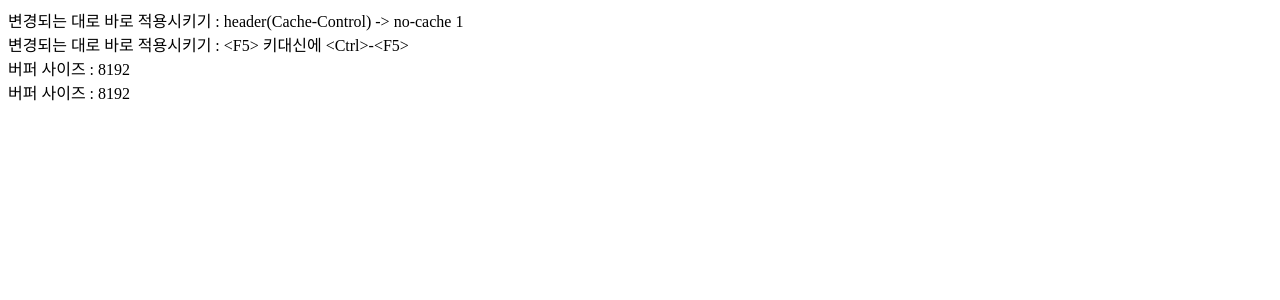
Repository: xo461/test
Page: http://localhost/ch03jsp/response.jsp
An editor plug-in stored every save of this project. The page is shown before and after the next save, followed by the edit.
The browser window is 1280 px wide. The pictures show the whole page.
The page is served by Tomcat 9.

Above is the page before, as saved 2019-11-14 01:44:24.

After the next save:
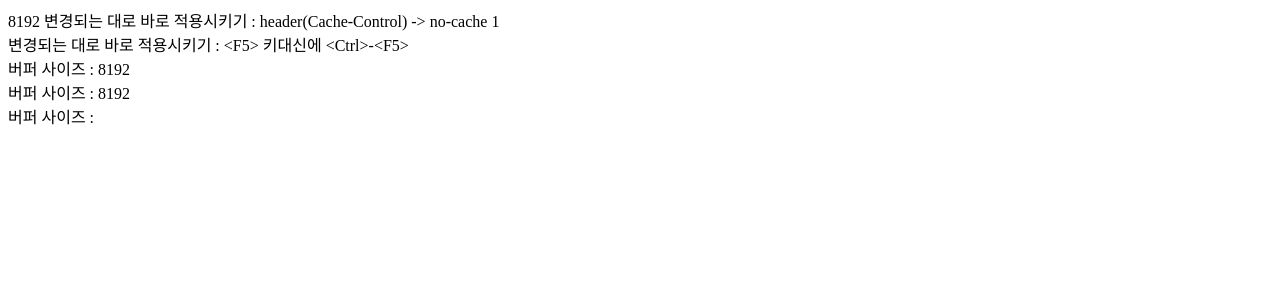
Saved 115 s later.
--- a/jsp/ch03jsp/WebContent/response.jsp
+++ b/jsp/ch03jsp/WebContent/response.jsp
@@ -28,7 +28,9 @@
 <body>
 변경되는 대로 바로 적용시키기 : header(Cache-Control) -> no-cache 1<br/>
 변경되는 대로 바로 적용시키기 : &lt;F5&gt; 키대신에 &lt;Ctrl&gt;-&lt;F5&gt; <br/>
+<%-- 아래 <%= %> 는 out.print 와 같은 뜻. --%>
 버퍼 사이즈  : <%= response.getBufferSize() %> <br/>
 버퍼 사이즈  : <% out.print(response.getBufferSize()); %> <br/>
+버퍼 사이즈  : <% out2.print(response.getBufferSize()); %> <br/>
 </body>
 </html>
